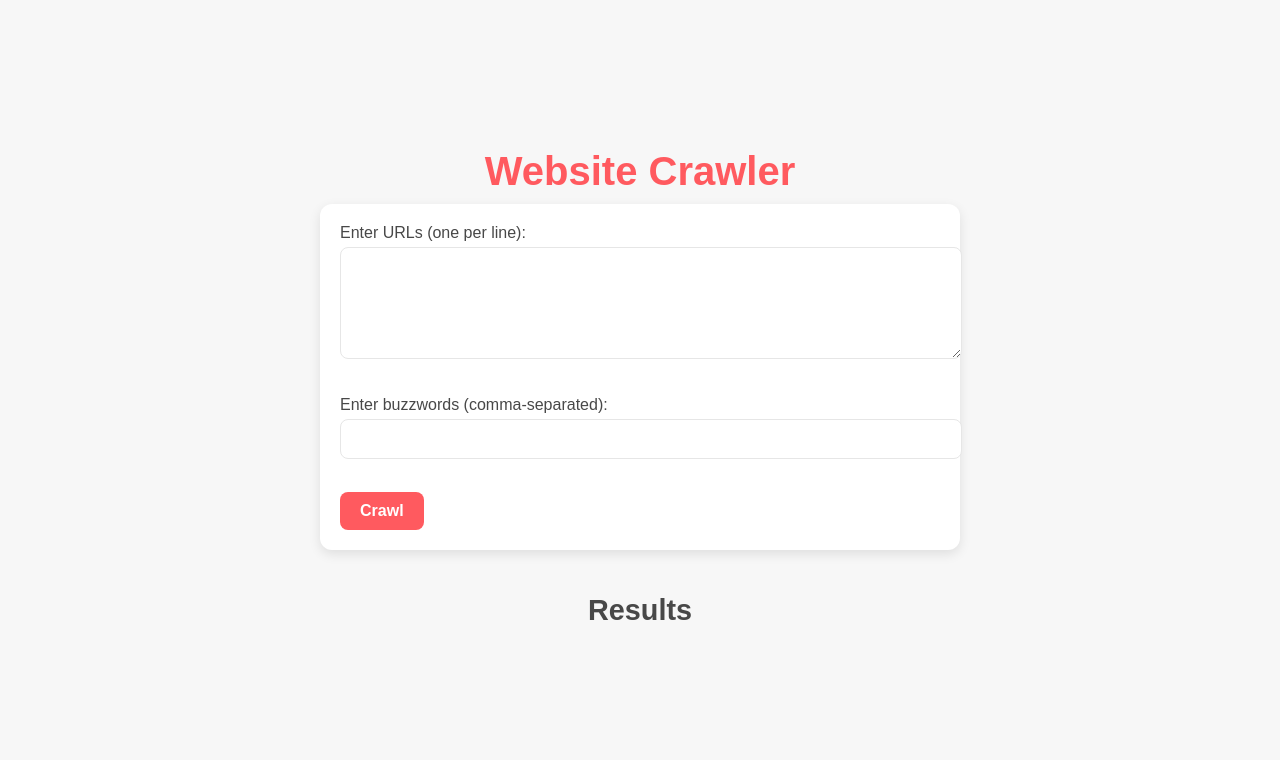
Repository: LubegaH/tenderwebscraper
Page: http://localhost/
These files come from the project's save history. The page is drawn as it stood at one moment and after the next save; the edit follows.
The browser window is 1280 px wide. The pictures show the whole page.
The page is served by the project's application, run on Flask 3 (app.py). Other server files are loaded and not shown.

Above is the page before, as saved 2024-11-01 17:59:27.

### templates/index.html
<!-- templates/index.html - Frontend HTML -->
<!DOCTYPE html>
<html lang="en">
  <head>
    <meta charset="UTF-8" />
    <meta name="viewport" content="width=device-width, initial-scale=1.0" />
    <title>Website Crawler</title>
    <link
      rel="stylesheet"
      href="{{ url_for('static', filename='styles.css') }}"
    />
  </head>
  <body>
    <h1>Website Crawler</h1>
    <form id="crawler-form">
      <label for="urls">Enter URLs (one per line):</label><br />
      <textarea id="urls" name="urls" rows="5" cols="50"></textarea><br /><br />

      <label for="buzzwords">Enter buzzwords (comma-separated):</label><br />
      <input
        type="text"
        id="buzzwords"
        name="buzzwords"
        size="50"
      /><br /><br />

      <input type="submit" value="Crawl" />
    </form>

    <h2>Results</h2>
    <div id="results"></div>

    <script>
      document
        .getElementById('crawler-form')
        .addEventListener('submit', async function (e) {
          e.preventDefault();

          const urls = document
            .getElementById('urls')
            .value.split('\n')
            .map((url) => url.trim())
            .filter((url) => url.length > 0);

          const buzzwords = document
            .getElementById('buzzwords')
            .value.split(',')
            .map((word) => word.trim())
            .filter((word) => word.length > 0);

          const resultDiv = document.getElementById('results');
          resultDiv.innerHTML = '<p>Crawling... Please wait.</p>';

          try {
            const response = await fetch('/crawl', {
              method: 'POST',
              headers: {
                'Content-Type': 'application/json',
              },
              body: JSON.stringify({ urls, buzzwords }),
            });

            if (!response.ok) {
              throw new Error(`HTTP error! status: ${response.status}`);
            }

            const data = await response.json();
            displayResults(data);
          } catch (error) {
            resultDiv.innerHTML = `<p>Error: ${error.message}</p>`;
          }
        });

      function displayResults(data) {
        const resultDiv = document.getElementById('results');
        resultDiv.innerHTML = '';

        const unableToCrawl = [];
        const noBuzzwordsFound = [];
        const buzzwordsFound = [];

        // Classify results
        data.forEach((result) => {
          if (result.error) {
            unableToCrawl.push(result.url);
          } else if (result.found && result.found.length > 0) {
            buzzwordsFound.push({ url: result.url, words: result.found });
          } else {
            noBuzzwordsFound.push(result.url);
          }
        });

        // Display Unable to Crawl section
        if (unableToCrawl.length > 0) {
          const errorSection = document.createElement('div');
          errorSection.innerHTML = `<h3>I am Unable to crawl these pages:</h3><ul>${unableToCrawl
            .map((url) => `<li>${url}</li>`)
            .join('')}</ul>`;
          resultDiv.appendChild(errorSection);
        }

        // Display No Buzzwords Found section
        if (noBuzzwordsFound.length > 0) {
          const noBuzzwordsSection = document.createElement('div');
          noBuzzwordsSection.innerHTML = `<h3>I couldn't find any of the buzzwords from these sites:</h3><ul>${noBuzzwordsFound
            .map((url) => `<li>${url}</li>`)
            .join('')}</ul>`;
          resultDiv.appendChild(noBuzzwordsSection);
        }

        // Display Buzzwords Found section
        if (buzzwordsFound.length > 0) {
          const foundWordsSection = document.createElement('div');
          foundWordsSection.innerHTML = `<h3>I found the following buzzwords on these sites:</h3>`;
          buzzwordsFound.forEach((result) => {
            const siteResult = document.createElement('div');
            siteResult.innerHTML = `<strong>${
              result.url
            }</strong><ul>${result.words
              .map((word) => `<li>${word}</li>`)
              .join('')}</ul>`;
            foundWordsSection.appendChild(siteResult);
          });
          resultDiv.appendChild(foundWordsSection);
        }

        // Handle case when no results at all
        if (
          unableToCrawl.length === 0 &&
          noBuzzwordsFound.length === 0 &&
          buzzwordsFound.length === 0
        ) {
          resultDiv.innerHTML = '<p>No results found.</p>';
        }
      }
    </script>
  </body>
</html>

### app.py

# app.py - Backend using Flask
import os
from flask import Flask, render_template, request, jsonify
import requests
from bs4 import BeautifulSoup
import re

app = Flask(__name__)

# Function to scrape the URL and look for buzzwords
def scrape_url(url, buzzwords):
    try:
        response = requests.get(url, timeout=10)  # Added timeout to avoid long waits on unresponsive servers
        if response.status_code == 200:
            soup = BeautifulSoup(response.text, 'html.parser')
            text = soup.get_text(separator=' ')
            found_words = [word for word in buzzwords if re.search(r'\b' + re.escape(word) + r'\b', text, re.IGNORECASE)]
            if found_words:
                return {'url': url, 'found': found_words}
            else:
                return {'url': url, 'found': []}  # No buzzwords found
        else:
            return {'url': url, 'error': 'Unable to fetch the page.'}
    except requests.RequestException as e:
        return {'url': url, 'error': f"Error: {str(e)}"}

@app.route('/')
def index():
    return render_template('index.html')

@app.route('/crawl', methods=['POST'])
def crawl():
    data = request.get_json()
    urls = data.get('urls', [])
    buzzwords = data.get('buzzwords', [])

    # Ensure buzzwords are in a list format
    if isinstance(buzzwords, str):
        buzzwords = [word.strip() for word in buzzwords.split(',')]

    results = []
    for url in urls:
        result = scrape_url(url, buzzwords)
        results.append(result)
    return jsonify(results)

if __name__ == '__main__':
    port = int(os.environ.get('PORT', 5000))
    # app.run(debug=False, host='0.0.0.0', port=port)
    app.run(debug=True, port=port)

### static/styles.css
/* General Styles */
body {
  font-family: Arial, sans-serif;
  background-color: #f7f7f7;
  color: #333;
  margin: 0;
  padding: 20px;
  display: flex;
  justify-content: center;
  align-items: center;
  flex-direction: column;
  min-height: 100vh;
}

h1 {
  color: #ff5a5f; /* Airbnb's primary brand color */
  font-size: 2.5rem;
  margin-bottom: 10px;
}

/* Form Styles */
form {
  background: #ffffff;
  padding: 20px;
  border-radius: 12px;
  box-shadow: 0 4px 12px rgba(0, 0, 0, 0.1);
  width: 100%;
  max-width: 600px;
  margin-bottom: 20px;
}

label {
  font-size: 1rem;
  color: #484848;
  font-weight: 500;
}

textarea,
input[type='text'] {
  width: 100%;
  padding: 10px;
  margin-top: 5px;
  margin-bottom: 15px;
  border: 1px solid #e6e6e6;
  border-radius: 8px;
  font-size: 1rem;
}

input[type='submit'] {
  background-color: #ff5a5f;
  color: #fff;
  border: none;
  padding: 10px 20px;
  font-size: 1rem;
  font-weight: bold;
  border-radius: 8px;
  cursor: pointer;
  transition: background-color 0.3s ease;
}

input[type='submit']:hover {
  background-color: #ff787d;
}

/* Results Section Styles */
h2 {
  color: #484848;
  font-size: 1.8rem;
  margin-bottom: 10px;
}

#results {
  width: 100%;
  max-width: 600px;
}

.result-item {
  background-color: #ffffff;
  margin-top: 10px;
  padding: 15px;
  border-radius: 10px;
  box-shadow: 0 2px 8px rgba(0, 0, 0, 0.1);
}

.result-item h3 {
  color: #ff5a5f;
  margin: 0 0 10px;
}

ul {
  list-style-type: none;
  padding-left: 0;
}

ul li {
  background-color: #f7f7f7;
  padding: 8px;
  border-radius: 5px;
  margin-bottom: 5px;
  font-size: 0.9rem;
  color: #333;
}

.error {
  color: #d9534f;
}

After the next save:
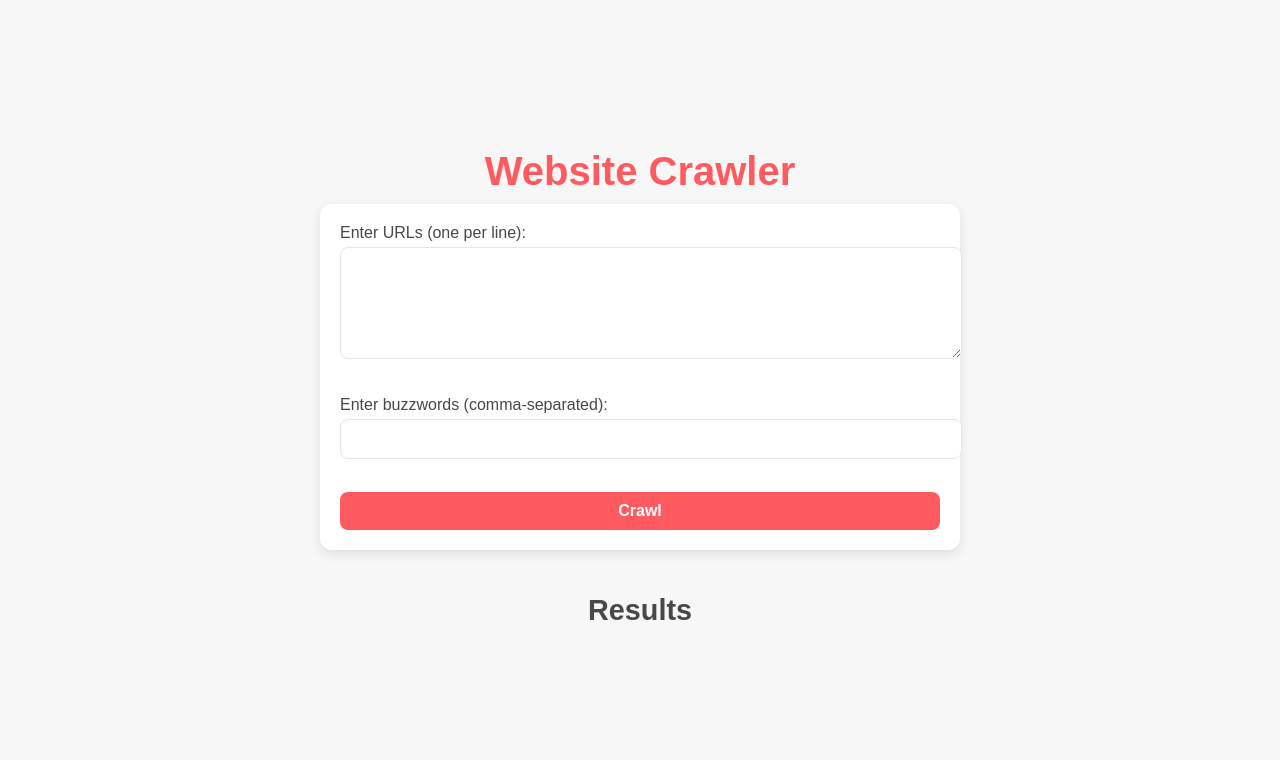
Saved 7 min 27 s later.
--- a/static/styles.css
+++ b/static/styles.css
@@ -56,6 +56,8 @@ input[type='submit'] {
   border-radius: 8px;
   cursor: pointer;
   transition: background-color 0.3s ease;
+  width: 100%;
+  box-sizing: border-box;
 }
 
 input[type='submit']:hover {
